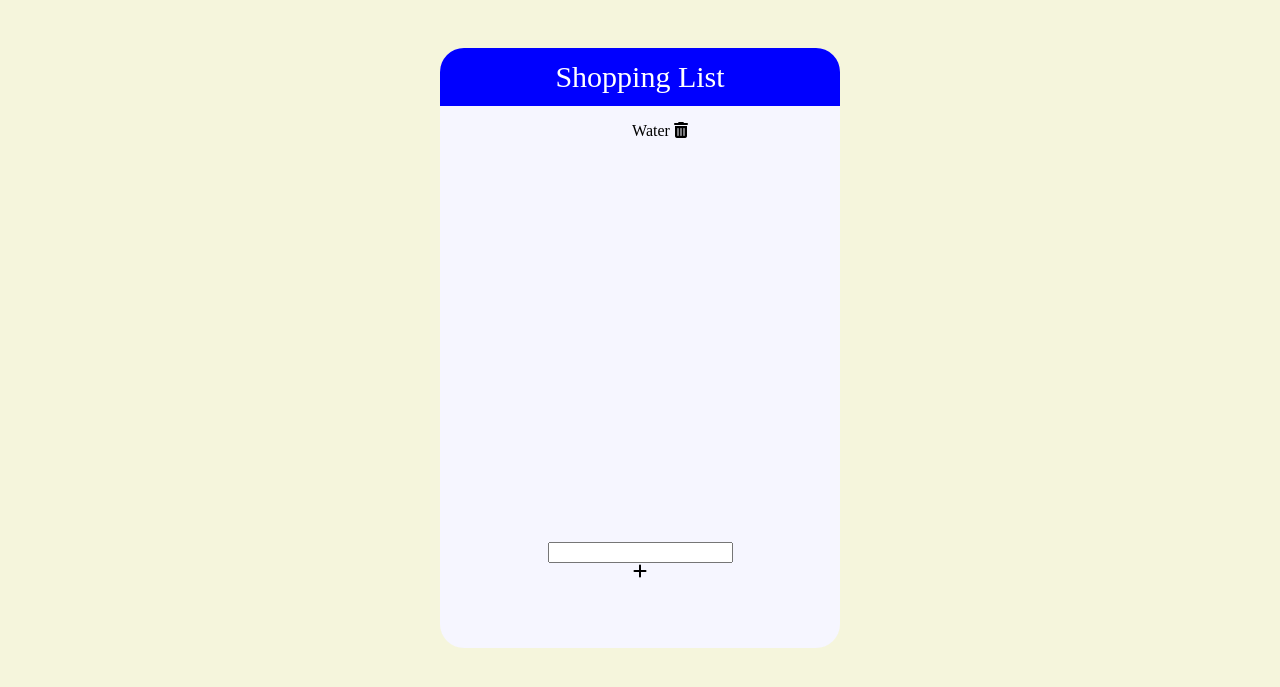
Repository: keehoonjung/Shopping-list
Page: index.html
These files come from the project's save history. The page is drawn as it stood at one moment and after the next save; the edit follows.
The browser window is 1280 px wide. The pictures show the whole page.
Some web libraries are served in a nearby version.

Above is the page before, as saved 2021-08-07 17:26:58.

### index.html
<!DOCTYPE html>
<html lang="en">
<head>
    <meta charset="UTF-8">
    <meta http-equiv="X-UA-Compatible" content="IE=edge">
    <meta name="viewport" content="width=device-width, initial-scale=1.0">
    <title>Shopping-list</title>
    <script src="main.js" defer></script>
    <link rel="stylesheet" href="style.css">
    <script src="https://kit.fontawesome.com/a7a8d59961.js" crossorigin="anonymous"></script>
</head>
<body>
    <div class="container">
        <div class="header">
            Shopping List
        </div>
        <section class="main">
            <ul class="main_list">
                <li>
                    <span> Water </span>
                    <i class="fas fa-trash-alt"></i>
                </li>
            </ul>
        </section>
        <input type="text" class="input_text">
        <div class="footer">
            <i class="fas fa-plus"></i>
        </div>
    </div>
</body>
</html>

### style.css
body {
  background-color: beige;
  text-align: center;
}

li {
  list-style: none;
}

.container {
  margin: auto;
  background-color: rgb(246, 246, 255);
  height: 600px;
  width: 400px;
  border-radius: 24px;
  transform: translateY(40px);
}

.header {
  background-color: blue;
  font-size: 30px;
  color: white;
  border-top-left-radius: 24px;
  border-top-right-radius: 24px;
  padding: 12px 0;
}

.main {
  height: 420px;
}

Loaded but not shown: main.js (no stored copy; drawn as an empty file)

After the next save:
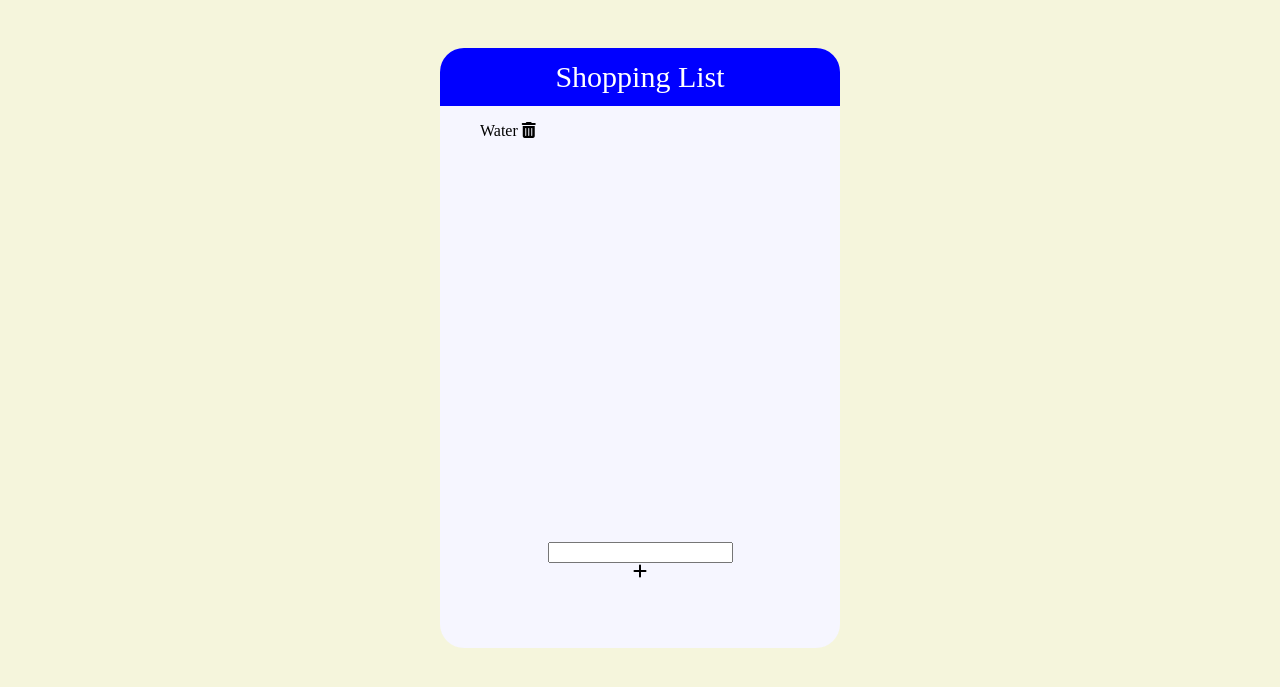
Saved 11 s later.
--- a/style.css
+++ b/style.css
@@ -28,3 +28,7 @@ li {
 .main {
   height: 420px;
 }
+
+.main_list {
+  display: flex;
+}

After the 2 saves that followed:
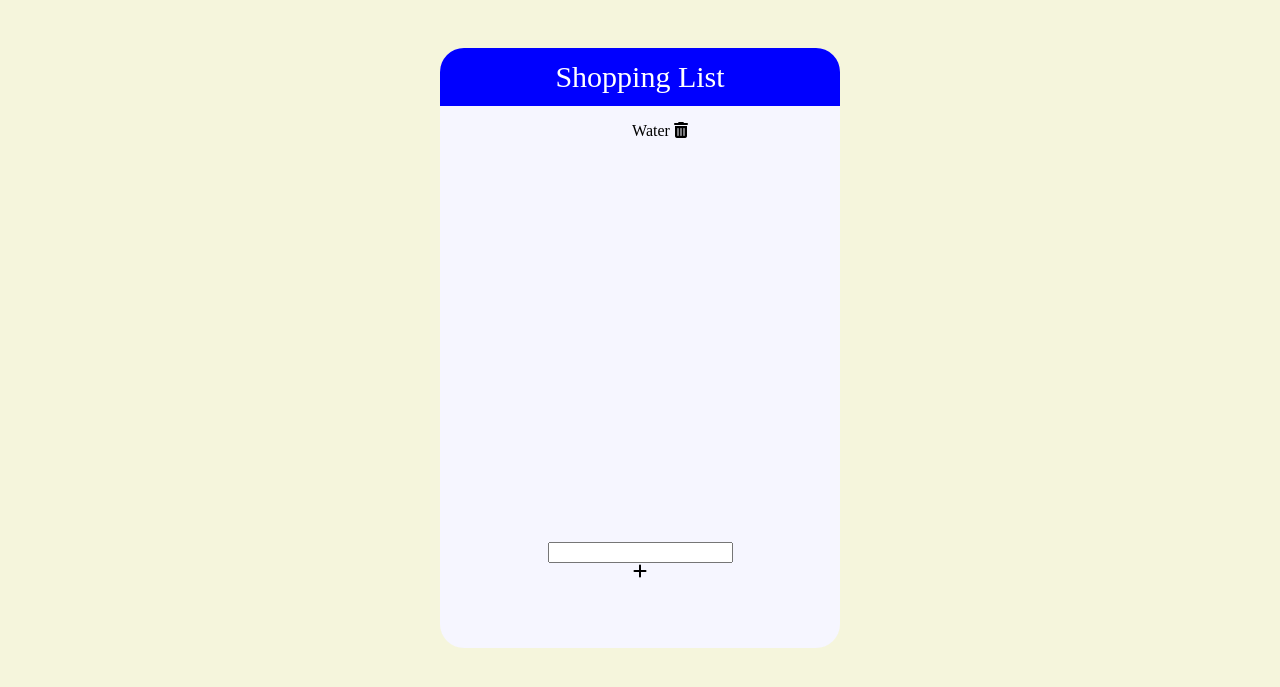
The 2 saves are shown as one change because 1 left the picture as it was.
The last was saved 18 s later.
--- a/style.css
+++ b/style.css
@@ -5,6 +5,7 @@ body {
 
 li {
   list-style: none;
+  width: 100%;
 }
 
 .container {
@@ -31,4 +32,5 @@ li {
 
 .main_list {
   display: flex;
+  justify-content: space-between;
 }
